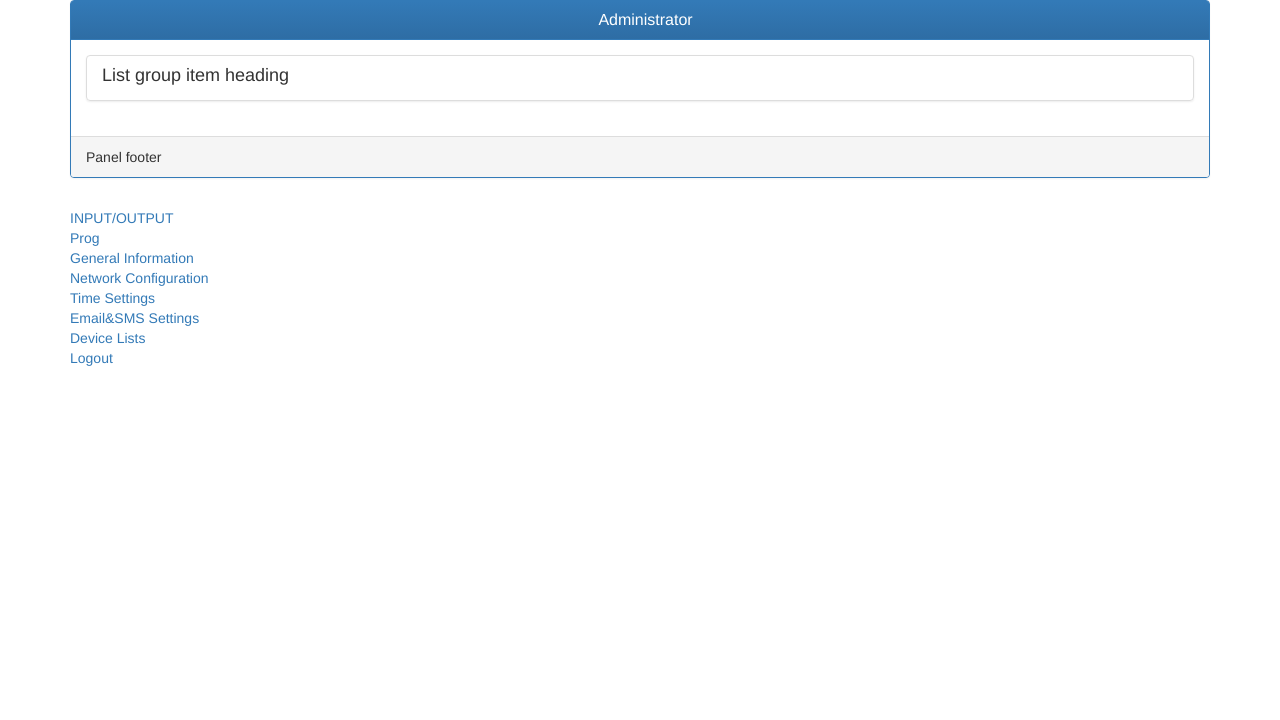
Repository: binhpham1909/EclipseCpp
Page: SwitchControler_v1/HTMLSource/admin.html
An editor plug-in stored every save of this project. The page is shown before and after the next save, followed by the edit.
The browser window is 1280 px wide. The pictures show the whole page.
The page's requests for data from a server got no answer.

Above is the page before, as saved 2017-02-09 08:59:31.

### SwitchControler_v1/HTMLSource/admin.html
<!DOCTYPE html>
<html lang="en">
<head>
<meta charset="utf-8">
<title>Administration</title>
<meta name="description" content="">
<meta name="author" content="Anh Nguyen Tuan">
<meta name="viewport" content="width=device-width, initial-scale=1">
<link rel="icon" type="image/png" href="/favicon.png">
<link rel="stylesheet" href="css/bootstrap.min.css">
<script src="js/jquery.min.js"></script>
<link rel="stylesheet" href="css/main.css">
</head>
<body>
<div class="container">
	<div class="panel panel-primary">
		<div class="panel-heading">
			<div class="input-group">
				<div class="input-group-btn"></div>
				<div class="input-group-btn">
					<h3 class="panel-title" id="lbNetworkSettings">Administrator</h3>
				</div>
			</div>
		</div>
		<div class="panel-body">
			<div class="list-group">
				<a href="gpio.html" class="list-group-item list-group-item-default">
					<h4 class="list-group-item-heading">List group item heading</h4>
				</a>
			</div>
		</div>
		<div class="panel-footer">
		Panel footer
		</div>
	</div>
</div>
<div class="container">
	<div class="eleven twelve"><h5 id="deviceName" style="text-align: center;"> </h5></div>
	<div><a class="button button-primary buttonWidth" href="gpio.html">INPUT/OUTPUT</a></div>
	<div><a class="button button-primary buttonWidth" href="prog.html">Prog</a></div>
	<div><a class="button button-primary buttonWidth" href="general.html">General Information</a></div>
	<div><a class="button button-primary buttonWidth" href="network.html">Network Configuration</a></div>
	<div><a class="button button-primary buttonWidth" href="time.html">Time Settings</a></div>
	<div><a class="button button-primary buttonWidth" href="email.html">Email&amp;SMS Settings</a></div>
	<div><a class="button button-primary buttonWidth" href="device.html">Device Lists</a></div>
	<div><a class="button button-primary buttonWidth" href="logout">Logout</a></div>
<script>
$(function() {
	$.getJSON("/getdeviceinfo", function(obj) {
		try {
			$("#deviceName").html(obj["name"]);
		} catch (err) {
		}
	});
});
</script>
</div>
</body>
</html>

### SwitchControler_v1/HTMLSource/css/main.css
html, body, .container-table {
    height: 100%;
}
.container-table {
    display: table;
}
.vertical-center-row {
    display: table-cell;
    vertical-align: middle;
}

.onoffswitch {
    position: relative; width: 110px;
    -webkit-user-select:none; -moz-user-select:none; -ms-user-select: none;
}

.onoffswitch-checkbox {
    display: none;
}

.onoffswitch-label {
    display: block; overflow: hidden; cursor: pointer;
    border: 2px solid #999999; border-radius: 20px;
}

.onoffswitch-inner {
    display: block; width: 200%; margin-left: -100%;
    transition: margin 0.3s ease-in 0s;
}

.onoffswitch-inner:before, .onoffswitch-inner:after {
    display: block; float: left; width: 50%; height: 30px; padding: 0; line-height: 30px;
    font-size: 14px; color: white; font-family: Trebuchet, Arial, sans-serif; font-weight: bold;
    box-sizing: border-box;
}

.onoffswitch-inner:before {
    content: "ON";
    padding-left: 10px;
    background-color: #34A7C1; color: #FFFFFF;
}

.onoff1switch-inner:before {
    content: "ON";
    padding-left: 10px;
    background-color: #E80F0F; color: #FFFFFF;
}


.onoffswitch-inner:after {
    content: "OFF";
    padding-right: 10px;
    background-color: #EEEEEE; color: #999999;
    text-align: right;
}
.alarmDisarm:before{
	content: "Alarm";
}
.alarmDisarm:after{
	content: "Disarm";
}
.armedDisarmed:before{
	content: "Armed";
}
.armedDisarmed:after{
	content: "Disarmed";
}
.openClose:before{
	content: "Open";
}
.openClose:after{
	content: "Closed";
}
.redBgrd-inner:before{
	 background-color: #FF0000;
}
.redBgrd-inner:after{
	 background-color: #EEEEEE;
}
.okLowBatt:before{
	content: "OK";
	background-color: #04ff00;
}
.okLowBatt:after{
	content: "Low BATT";
	background-color: #ffee00;
}
.onoffswitch-switch {
    display: block; width: 18px; margin: 6px;
    background: #FFFFFF;
    position: absolute; top: 0; bottom: 0;
    right: 76px;
    border: 2px solid #999999; border-radius: 20px;
    transition: all 0.3s ease-in 0s;
}

.onoffswitch-checkbox:checked + .onoffswitch-label .onoffswitch-inner {
    margin-left: 0;
}

.onoffswitch-checkbox:checked + .onoffswitch-label .onoffswitch-switch {
    right: 0px;
}

.onoffswitch-checkbox:disabled + .onoffswitch-label .onoffswitch-switch {
	display: none;
	transition: all 0s ease-in 0s;
    -webkit-transition: none;
    transition: none;
}
fieldset.withBorder {
	border-width: 1px;
	padding-left: 10px;
	padding-right: 10px;
	padding-bottom: 10px;
}
legend.withBorder {
	padding-left: 5px;
	padding-right: 5px;
	font-size: 110%;
	color: #222;
}
.buttonWidth {
	width: 100%;
}
.backButton {
	width: 40px;
	padding: 0px;
	border: 0px;
}
.titleBar {
	font-weight: 300;
	font-size: 1.8rem;
	letter-spacing: -.05rem;
	padding-left: 8px;
}
.errorMessage {
	color: #ff0000;
	display: none;
	padding: 0;
	margin-top: 0;
}
.infoMessage {
	color: #006600;
	display: none;
	padding: 0;
	margin-top: 0;
}
.press{
	width:80px;
	height:80px;
	border-radius: 50%;
	line-height: 80px;
	box-sizing: border-box;
	padding: 0px;
}

Loaded but not shown: SwitchControler_v1/HTMLSource/css/bootstrap.min.css (library); SwitchControler_v1/HTMLSource/js/jquery.min.js (library)

After the next save:
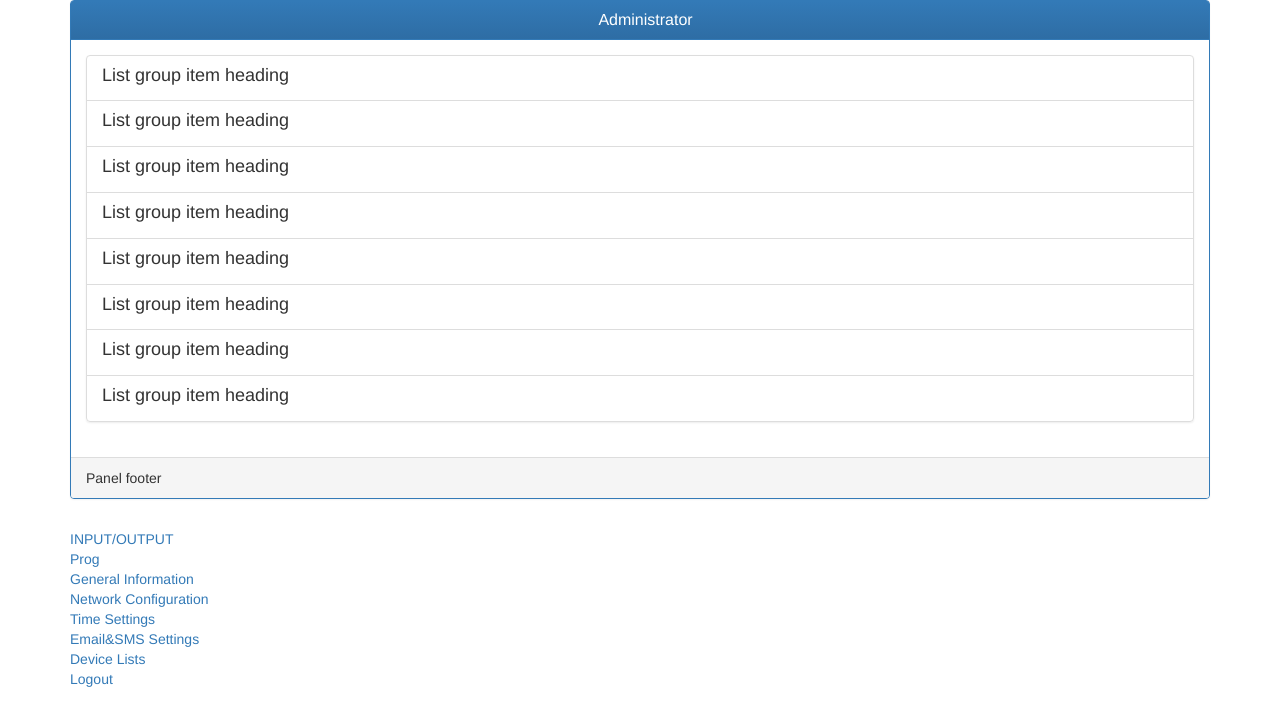
Saved 70 s later.
--- a/SwitchControler_v1/HTMLSource/admin.html
+++ b/SwitchControler_v1/HTMLSource/admin.html
@@ -25,6 +25,27 @@
 		<div class="panel-body">
 			<div class="list-group">
 				<a href="gpio.html" class="list-group-item list-group-item-default">
+					<h4 class="list-group-item-heading">List group item heading</h4>
+				</a>
+				<a href="prog.html" class="list-group-item list-group-item-default">
+					<h4 class="list-group-item-heading">List group item heading</h4>
+				</a>
+				<a href="general.html" class="list-group-item list-group-item-default">
+					<h4 class="list-group-item-heading">List group item heading</h4>
+				</a>
+				<a href="network.html" class="list-group-item list-group-item-default">
+					<h4 class="list-group-item-heading">List group item heading</h4>
+				</a>
+				<a href="time.html" class="list-group-item list-group-item-default">
+					<h4 class="list-group-item-heading">List group item heading</h4>
+				</a>
+				<a href="email.html" class="list-group-item list-group-item-default">
+					<h4 class="list-group-item-heading">List group item heading</h4>
+				</a>
+				<a href="device.html" class="list-group-item list-group-item-default">
+					<h4 class="list-group-item-heading">List group item heading</h4>
+				</a>
+				<a href="logout" class="list-group-item list-group-item-default">
 					<h4 class="list-group-item-heading">List group item heading</h4>
 				</a>
 			</div>
